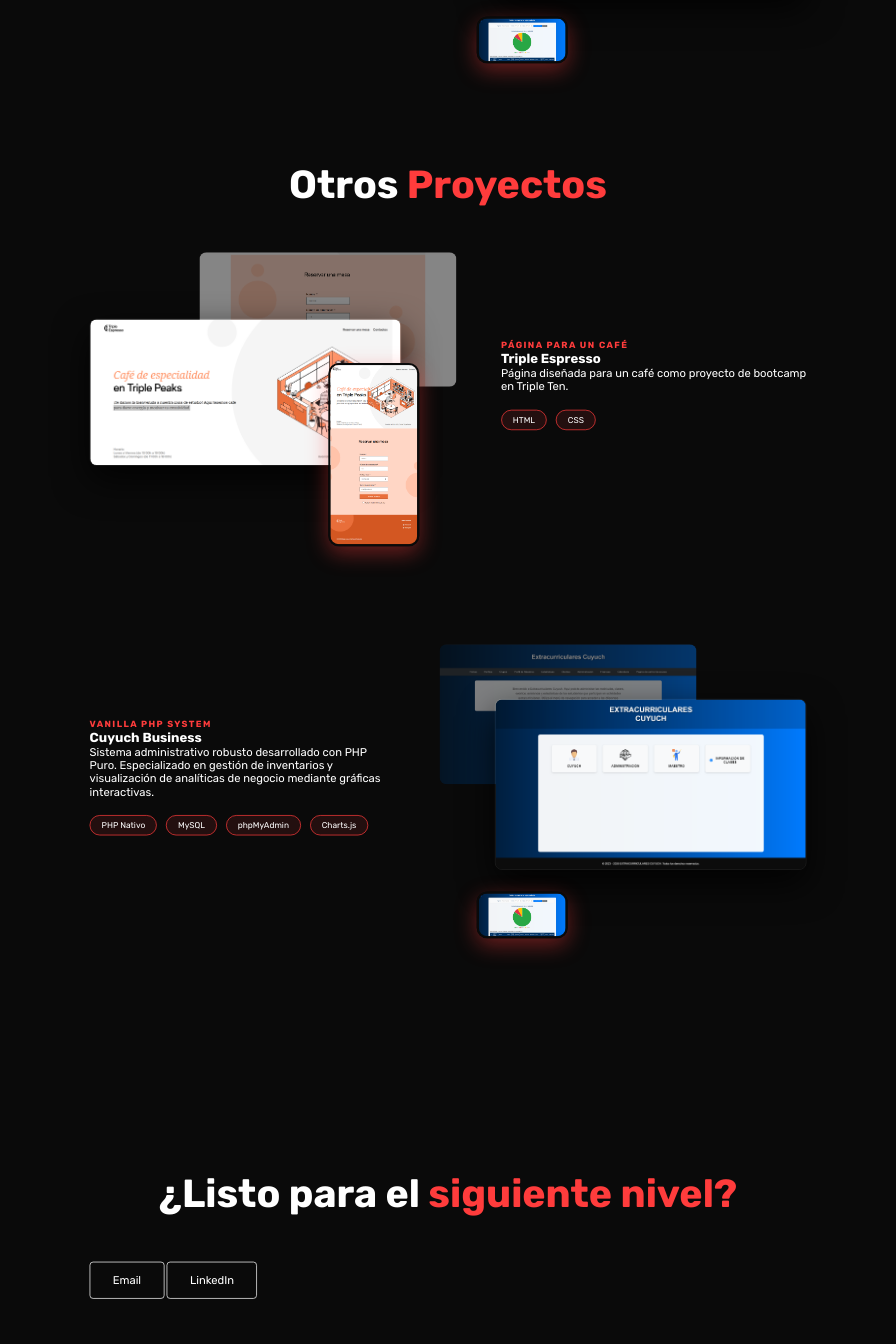
Repository: hercules830/Mi-portfolio-profesional
Page: index.html
These files come from the project's save history. The page is drawn as it stood at one moment and after the next save; the edit follows.
The browser window is 1280 px wide. The pictures show the part of the page from y = 2708 to 4628 px (the page is 4628 px tall), at 70% of full size.
Some web fonts or font styles are not loaded; a fallback is used.

Above is the page before, as saved 2026-05-30 20:47:14.

### index.html
<!DOCTYPE html>
<html lang="es">
  <head>
    <meta charset="UTF-8" />
    <meta name="viewport" content="width=device-width, initial-scale=1.0" />
    <link rel="stylesheet" href="styles.css" />
    <link rel="preconnect" href="https://fonts.googleapis.com" />
    <link rel="preconnect" href="https://fonts.gstatic.com" crossorigin />
    <link
      href="https://fonts.googleapis.com/css2?family=Rubik:wght@300;400;700&family=Rubik+Storm&display=swap"
      rel="stylesheet"
    />
    <title>Brayan Espinoza | Full Stack Developer</title>
  </head>
  <body>
    <header class="header">
      <nav class="nav">
        <div class="logo-container">
          <p class="logo">BRAYAN <span>ESPINOZA</span></p>
        </div>
        <ul class="links">
          <li><a class="link" href="#inicio">Inicio</a></li>
          <li><a class="link" href="#habilidades">Habilidades</a></li>
          <li><a class="link" href="#proyectos">Proyectos</a></li>
          <li><a class="link" href="#contacto">Contacto</a></li>
        </ul>
      </nav>

      <div class="description" id="inicio">
        <h1 class="header-title">Brayan</h1>
        <p class="my-description">Engineer + Full Stack Web Developer</p>
        <div class="cta-container">
          <a href="#proyectos" class="btn-primary">Ver Proyectos</a>
          <a href="#contacto" class="btn-secondary">Contáctame</a>
        </div>
      </div>
    </header>

    <section class="section" id="habilidades">
      <h2 class="section-title">Habilidades <span>Técnicas</span></h2>
      <div class="skills-grid">
        <div class="skill-card">
          <h3>Backend</h3>
          <p>PHP, Laravel, Node.js, MySQL, ORM, REST APIs</p>
        </div>
        <div class="skill-card">
          <h3>Frontend</h3>
          <p>JavaScript (ES6+), React, HTML5, CSS3, TypeScript</p>
        </div>
        <div class="skill-card">
          <h3>Herramientas</h3>
          <p>Git, Postman, SCRUM, arquitectura de bases de datos</p>
        </div>
      </div>
    </section>

    <section class="section" id="proyectos">
      <h2 class="section-title">
        Proyecto
        <span
          >NexaControl: SaaS para la gestión de vacaciones y horario
          laboral</span
        >
      </h2>

      <!-- PROYECTO 1: NEXACONTROL (Tecnologías originales) -->
      <div class="featured-project">
        <div class="featured-img-container">
          <img
            src="assets/img/projects/indexNexa.png"
            alt="Nexacontrol Landing"
            class="img-lead zoomable"
          />
          <img
            src="assets/img/projects/panelJefeAreaNexa.png"
            alt="Nexacontrol Panel"
            class="img-panel zoomable"
          />
          <img
            src="assets/img/projects/indexNexaPhone.png"
            alt="Nexacontrol Mobile"
            class="img-phone zoomable"
          />
        </div>
        <div class="featured-info">
          <span class="tag">SaaS Ecosystem</span>
          <h3>Nexacontrol</h3>
          <p>
            Plataforma integral de gestión de capital humano. Automatiza
            cálculos de legislación laboral, control de asistencia y flujos de
            aprobación para RRHH.
          </p>
          <div class="tech-stack">
            <span>PHP</span><span>Laravel</span><span>JavaScript</span
            ><span>MySQL</span>
          </div>
          <div class="actions">
            <a
              href="https://nexacontrolapp.com"
              target="_blank"
              class="btn-primary"
              >Visitar Sitio</a
            >
          </div>
        </div>
      </div>

      <h2 class="section-title">
        Proyecto
        <span>Extracurriculares Cuyuch: ERP y CRM para administración</span>
      </h2>
      <!-- PROYECTO 2: CUYUCH (PHP Puro / Vanilla) -->
      <div class="featured-project reverse">
        <div class="featured-info">
          <span class="tag">Vanilla PHP System</span>
          <h3>Cuyuch Business</h3>
          <p>
            Sistema administrativo robusto desarrollado con PHP Puro.
            Especializado en gestión de inventarios y visualización de
            analíticas de negocio mediante gráficas interactivas.
          </p>
          <div class="tech-stack">
            <span>PHP Nativo</span><span>MySQL</span><span>phpMyAdmin</span
            ><span>Charts.js</span>
          </div>
        </div>
        <div class="featured-img-container">
          <img
            src="assets/img/projects/indexCuyuch.png"
            alt="Cuyuch Home"
            class="img-lead zoomable"
          />
          <img
            src="assets/img/projects/panelCuyuch.png"
            alt="Cuyuch Admin"
            class="img-panel zoomable"
          />
          <img
            src="assets/img/projects/graficaCuyuch.png"
            alt="Cuyuch Stats"
            class="img-phone zoomable"
          />
        </div>
      </div>

      <h2 class="section-title">
        Otros
        <span>Proyectos</span>
      </h2>

      <!-- PROYECTO 3: Triple Expresso (HTML, CSS) -->
      <div class="featured-project">
        <div class="featured-img-container">
          <img
            src="assets/img/projects/headTripleExpresso.png"
            alt="Cuyuch Home"
            class="img-lead zoomable"
          />
          <img
            src="assets/img/projects/formTripleEspresso.png"
            alt="Cuyuch Admin"
            class="img-panel zoomable"
          />
          <img
            src="assets/img/projects/phoneTripleEspresso.png"
            alt="Cuyuch Stats"
            class="img-phone zoomable"
          />
        </div>
        <div class="featured-info">
          <span class="tag">Página para un Café</span>
          <h3>Triple Espresso</h3>
          <p>
            Página diseñada para un café como proyecto de bootcamp en Triple
            Ten.
          </p>
          <div class="tech-stack"><span>HTML</span><span>CSS</span></div>
        </div>
      </div>

      <!-- PROYECTO 2: CUYUCH (PHP Puro / Vanilla) -->
      <div class="featured-project reverse">
        <div class="featured-info">
          <span class="tag">Vanilla PHP System</span>
          <h3>Cuyuch Business</h3>
          <p>
            Sistema administrativo robusto desarrollado con PHP Puro.
            Especializado en gestión de inventarios y visualización de
            analíticas de negocio mediante gráficas interactivas.
          </p>
          <div class="tech-stack">
            <span>PHP Nativo</span><span>MySQL</span><span>phpMyAdmin</span
            ><span>Charts.js</span>
          </div>
        </div>
        <div class="featured-img-container">
          <img
            src="assets/img/projects/indexCuyuch.png"
            alt="Cuyuch Home"
            class="img-lead zoomable"
          />
          <img
            src="assets/img/projects/panelCuyuch.png"
            alt="Cuyuch Admin"
            class="img-panel zoomable"
          />
          <img
            src="assets/img/projects/graficaCuyuch.png"
            alt="Cuyuch Stats"
            class="img-phone zoomable"
          />
        </div>
      </div>
    </section>

    <!-- MODAL PARA ZOOM (Lightbox) -->
    <div id="imageModal" class="modal">
      <span class="close">&times;</span>
      <img class="modal-content" id="imgFull" />
    </div>

    <footer class="section" id="contacto">
      <h2 class="section-title">
        ¿Listo para el <span>siguiente nivel?</span>
      </h2>
      <div class="social-links">
        <a href="mailto:musicabjhe830@gmail.com" class="btn-secondary">Email</a>
        <a
          href="https://www.linkedin.com/in/brayan-espinoza-57191512a"
          target="_blank"
          class="btn-secondary"
          >LinkedIn</a
        >
      </div>
    </footer>

    <script src="script.js"></script>
  </body>
</html>

### styles.css
:root {
  --primary-red: #ff3c3c;
  --dark-bg: #0a0a0a;
  --card-bg: #141414;
  --text-white: #ffffff;
  --gray-text: #b3b3b3;
}

* {
  margin: 0;
  padding: 0;
  box-sizing: border-box;
  scroll-behavior: smooth;
}
body {
  background-color: var(--dark-bg);
  color: var(--text-white);
  font-family: "Rubik", sans-serif;
  overflow-x: hidden;
}

/* --- HEADER --- */
.header {
  height: 100vh;
  background: linear-gradient(to bottom, transparent 60%, var(--dark-bg) 100%),
    linear-gradient(rgba(0, 0, 0, 0.5), rgba(0, 0, 0, 0.5)),
    url("assets/background.jpg");
  background-size: cover;
  background-position: center;
  display: flex;
  flex-direction: column;
}
.nav {
  display: flex;
  justify-content: space-between;
  padding: 2rem 5%;
  align-items: center;
}
.logo {
  font-weight: bold;
  letter-spacing: 2px;
}
.logo span {
  color: var(--primary-red);
}
.links {
  display: flex;
  list-style: none;
  gap: 2rem;
}
.link {
  color: white;
  text-decoration: none;
  font-size: 0.9rem;
  transition: 0.3s;
}
.link:hover {
  color: var(--primary-red);
}

.description {
  flex: 1;
  display: flex;
  flex-direction: column;
  justify-content: center;
  padding-left: 10%;
}
.header-title {
  font-family: "Rubik Storm", cursive;
  font-size: clamp(4rem, 10vw, 8rem);
  color: var(--primary-red);
  text-shadow: 0 0 30px rgba(255, 60, 60, 0.4);
}
.my-description {
  font-size: 1.5rem;
  color: var(--gray-text);
  margin-bottom: 2rem;
}

/* --- BOTONES --- */
.btn-primary {
  background: var(--primary-red);
  color: white;
  padding: 1rem 2rem;
  text-decoration: none;
  border-radius: 5px;
  transition: 0.3s;
  display: inline-block;
}
.btn-secondary {
  border: 1px solid white;
  color: white;
  padding: 1rem 2rem;
  text-decoration: none;
  border-radius: 5px;
  transition: 0.3s;
  display: inline-block;
}
.btn-primary:hover {
  transform: scale(1.05);
  box-shadow: 0 0 20px rgba(255, 60, 60, 0.4);
}

/* --- SECCIONES --- */
.section {
  padding: 8rem 10% 4rem 10%;
}
.section-title {
  font-size: clamp(2rem, 5vw, 3.5rem);
  margin-bottom: 4rem;
  text-align: center;
}
.section-title span {
  color: var(--primary-red);
}

.skills-grid {
  display: grid;
  grid-template-columns: repeat(auto-fit, minmax(280px, 1fr));
  gap: 2rem;
}
.skill-card {
  background: var(--card-bg);
  padding: 3rem;
  border-radius: 15px;
  border-left: 5px solid var(--primary-red);
  transition: 0.3s;
}
.skill-card h3 {
  margin-bottom: 1rem;
  color: var(--primary-red);
}

/* --- SHOWCASE DE PROYECTOS --- */
.featured-project {
  display: grid;
  grid-template-columns: 1.2fr 1fr;
  gap: 4rem;
  margin-bottom: 10rem;
  align-items: center;
}
.featured-project.reverse {
  grid-template-columns: 1fr 1.2fr;
}

.featured-img-container {
  position: relative;
  height: 400px;
  display: flex;
  align-items: center;
}
.img-lead {
  width: 85%;
  border-radius: 10px;
  box-shadow: 0 20px 50px rgba(0, 0, 0, 0.8);
  z-index: 2;
  transition: 0.5s;
  cursor: pointer;
  border: 1px solid rgba(255, 255, 255, 0.1);
}
.img-panel {
  position: absolute;
  top: 0;
  right: 0;
  width: 70%;
  border-radius: 10px;
  z-index: 1;
  opacity: 0.5;
  filter: blur(1px);
  transition: 0.5s;
  cursor: pointer;
}
.img-phone {
  position: absolute;
  bottom: -20px;
  right: 10%;
  width: 130px;
  z-index: 3;
  border: 3px solid var(--dark-bg);
  border-radius: 15px;
  box-shadow: 0 10px 30px rgba(255, 60, 60, 0.4);
  transition: 0.5s;
  cursor: pointer;
}

/* Inversión de imágenes para el modo reverse */
.reverse .img-lead {
  margin-left: auto;
}
.reverse .img-panel {
  left: 0;
  right: auto;
}
.reverse .img-phone {
  left: 10%;
  right: auto;
}

.featured-project:hover .img-lead {
  transform: translateX(-10px);
}
.featured-project:hover .img-panel {
  opacity: 1;
  filter: blur(0);
  transform: translate(10px, -10px);
}
.featured-project:hover .img-phone {
  transform: scale(1.1);
}

.tag {
  color: var(--primary-red);
  font-weight: bold;
  font-size: 0.8rem;
  letter-spacing: 2px;
  text-transform: uppercase;
}
.tech-stack {
  margin: 1.5rem 0;
  display: flex;
  gap: 0.8rem;
  flex-wrap: wrap;
}
.tech-stack span {
  background: rgba(255, 60, 60, 0.1);
  padding: 0.4rem 1rem;
  border-radius: 20px;
  border: 1px solid var(--primary-red);
  font-size: 0.75rem;
}

/* --- MODAL (ZOOM) --- */
.modal {
  display: none;
  position: fixed;
  z-index: 1000;
  padding-top: 50px;
  left: 0;
  top: 0;
  width: 100%;
  height: 100%;
  background-color: rgba(0, 0, 0, 0.9);
}
.modal-content {
  margin: auto;
  display: block;
  width: 80%;
  max-width: 1200px;
  border-radius: 10px;
  border: 2px solid var(--primary-red);
}
.close {
  position: absolute;
  top: 15px;
  right: 35px;
  color: #f1f1f1;
  font-size: 40px;
  font-weight: bold;
  cursor: pointer;
}

@media (max-width: 1000px) {
  .featured-project,
  .featured-project.reverse {
    grid-template-columns: 1fr;
    gap: 2rem;
  }
  .featured-img-container {
    height: 300px;
    order: -1;
  }
  .featured-info {
    text-align: center;
  }
  .tech-stack {
    justify-content: center;
  }
}

### script.js
document.addEventListener("DOMContentLoaded", () => {
  // 1. Lógica del Modal (Zoom de Imágenes)
  const modal = document.getElementById("imageModal");
  const modalImg = document.getElementById("imgFull");
  const span = document.getElementsByClassName("close")[0];

  document.querySelectorAll(".zoomable").forEach((img) => {
    img.onclick = function () {
      modal.style.display = "block";
      modalImg.src = this.src;
    };
  });

  span.onclick = function () {
    modal.style.display = "none";
  };

  modal.onclick = function (event) {
    if (event.target == modal) {
      modal.style.display = "none";
    }
  };

  // 2. Efecto Revelado al hacer Scroll (Intersection Observer)
  const observerOptions = { threshold: 0.1 };
  const observer = new IntersectionObserver((entries) => {
    entries.forEach((entry) => {
      if (entry.isIntersecting) {
        entry.target.style.opacity = "1";
        entry.target.style.transform = "translateY(0)";
      }
    });
  }, observerOptions);

  document.querySelectorAll(".section, .featured-project").forEach((el) => {
    el.style.opacity = "0";
    el.style.transform = "translateY(40px)";
    el.style.transition = "all 0.8s ease-out";
    observer.observe(el);
  });
});

After the next save:
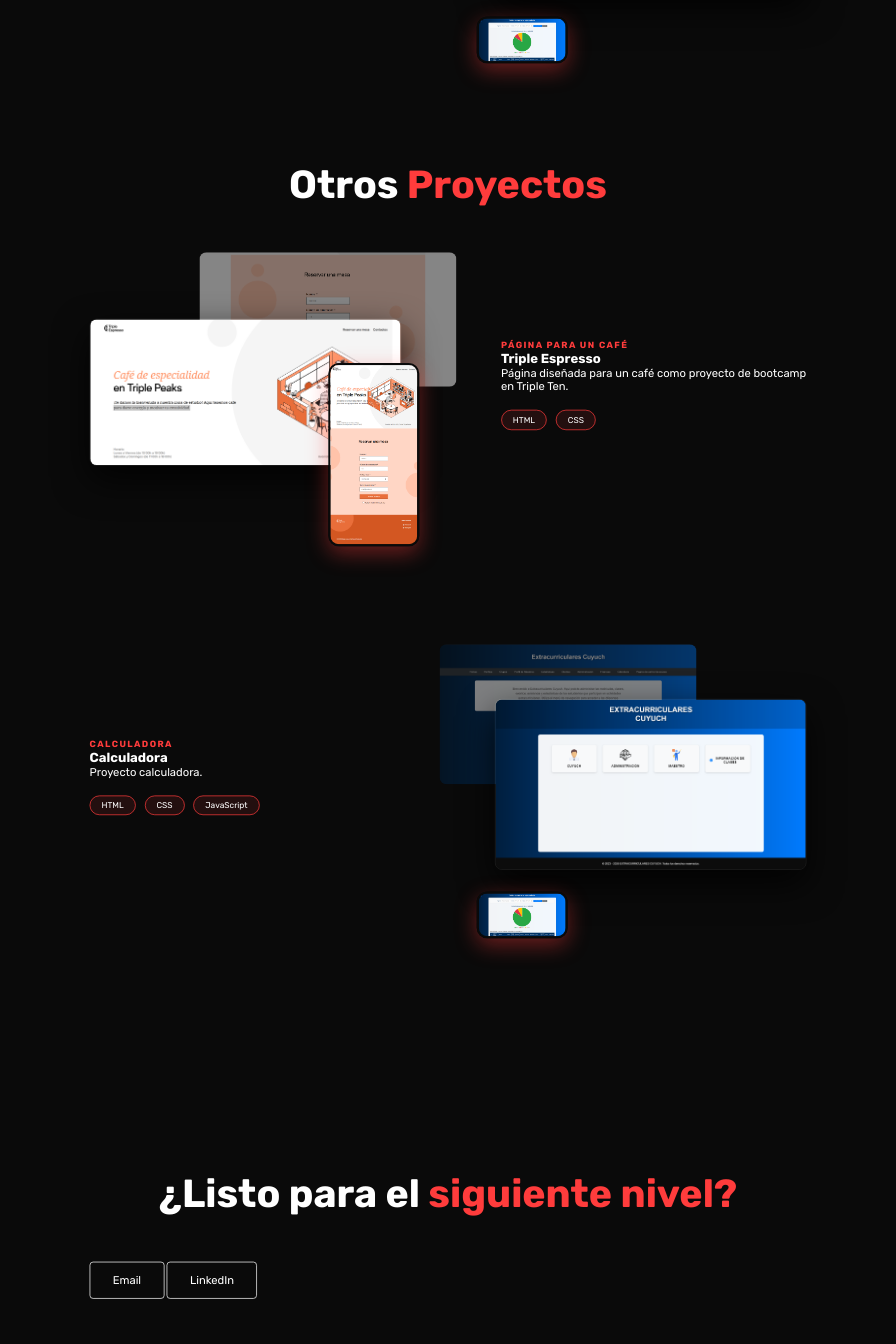
Saved 5 min 52 s later.
--- a/index.html
+++ b/index.html
@@ -178,19 +178,14 @@
         </div>
       </div>
 
-      <!-- PROYECTO 2: CUYUCH (PHP Puro / Vanilla) -->
+      <!-- PROYECTO 4: Calculadora-->
       <div class="featured-project reverse">
         <div class="featured-info">
-          <span class="tag">Vanilla PHP System</span>
-          <h3>Cuyuch Business</h3>
-          <p>
-            Sistema administrativo robusto desarrollado con PHP Puro.
-            Especializado en gestión de inventarios y visualización de
-            analíticas de negocio mediante gráficas interactivas.
-          </p>
+          <span class="tag">Calculadora</span>
+          <h3>Calculadora</h3>
+          <p>Proyecto calculadora.</p>
           <div class="tech-stack">
-            <span>PHP Nativo</span><span>MySQL</span><span>phpMyAdmin</span
-            ><span>Charts.js</span>
+            <span>HTML</span><span>CSS</span><span>JavaScript</span>
           </div>
         </div>
         <div class="featured-img-container">
